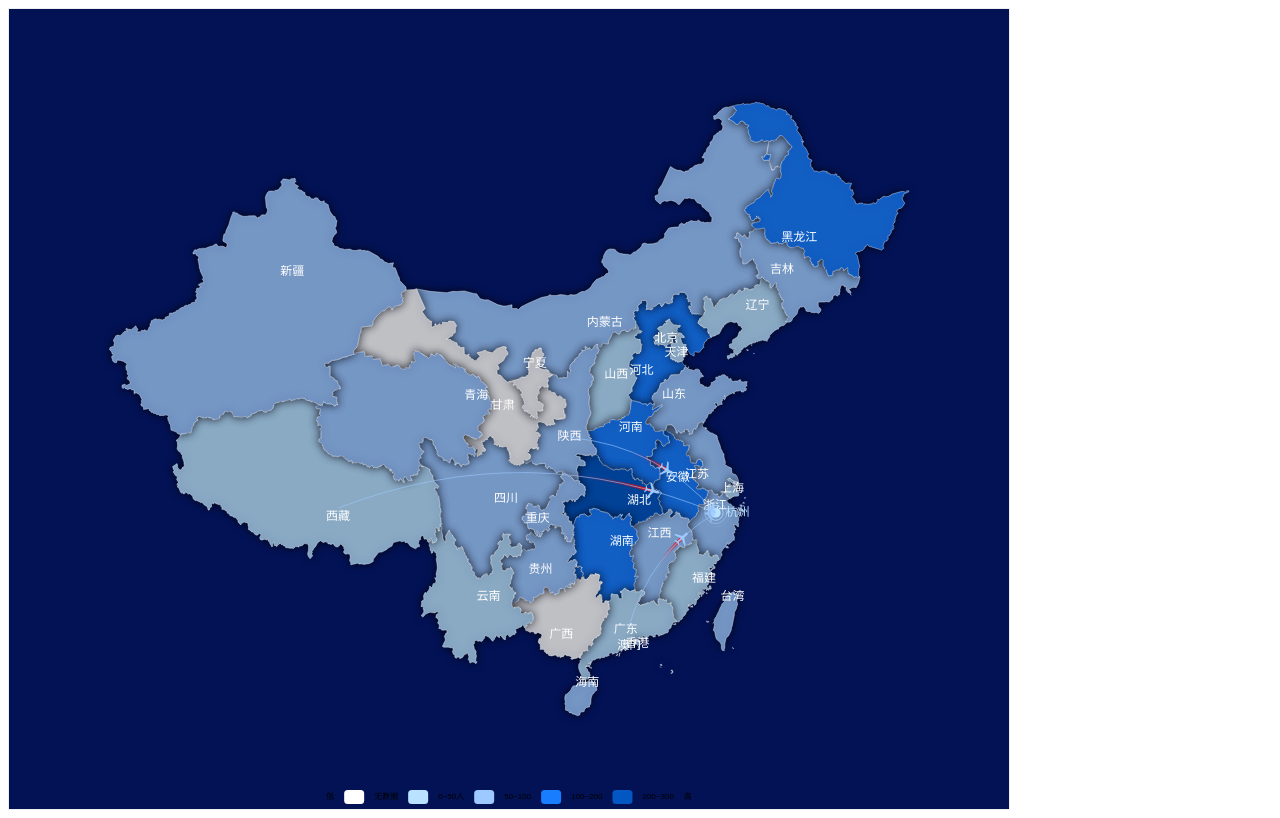
Repository: 572031690/echartssimple
Page: 21.地图常见效果_地图和散点图结合.html
The author's editor kept a copy of each file at every save. The page is drawn from the files as they stood at one save, then again after the next save.
The browser window is 1280 px wide. The pictures show the whole page.

Above is the page before, as saved 2021-08-11 15:18:02.

After the next save:
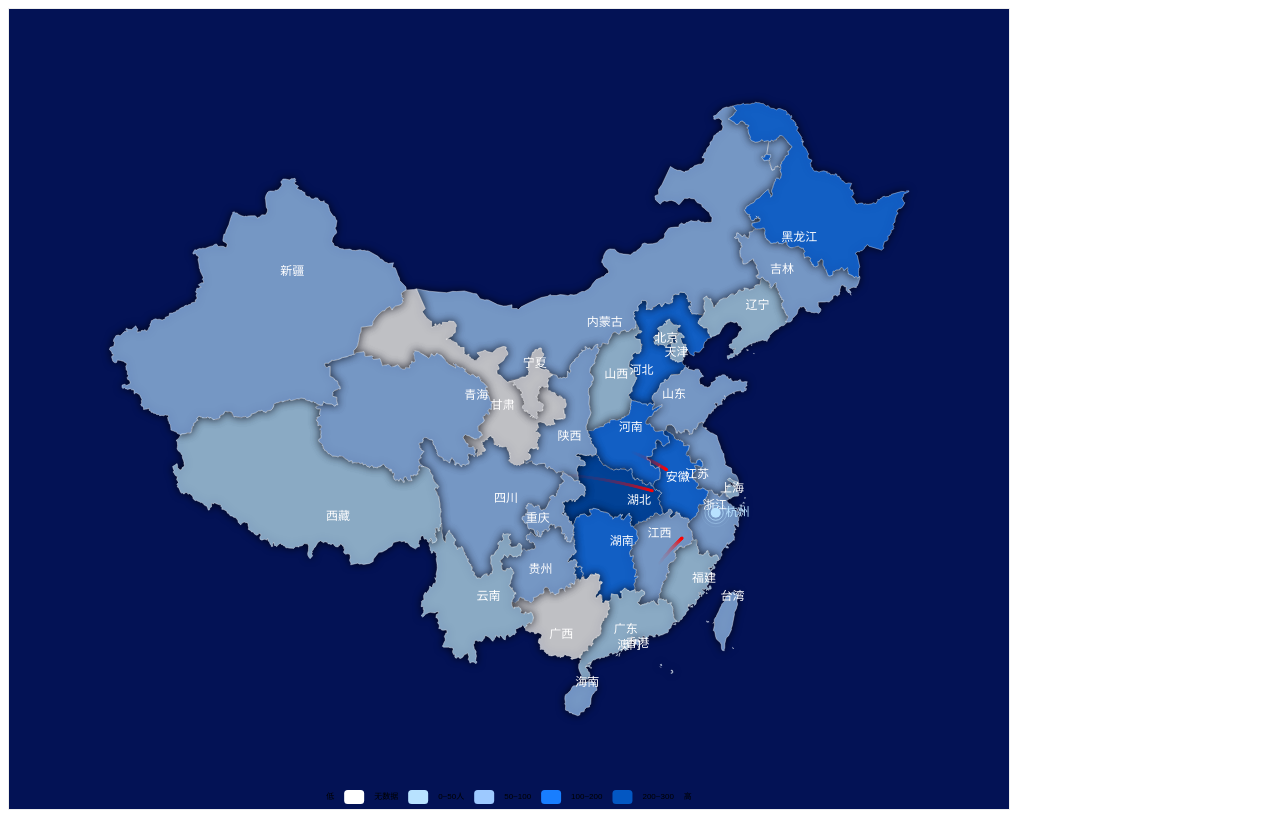
Saved 18 s later.
--- a/21.地图常见效果_地图和散点图结合.html
+++ b/21.地图常见效果_地图和散点图结合.html
@@ -139,32 +139,32 @@
                         {coords:[[109.1162, 34.2004],[120.213042, 29.86119]],fromName:"拉萨",toName:"杭州",value:100}
                       ]
                     },
-                    {
-                        name: " 杭州 Top3",
-                        type: "lines",
-                        zlevel: 2,
-                        symbol: ["none", "arrow"],
-                        symbolSize: 10,
-                        effect: {
-                            show: true,
-                            period: 6,
-                            trailLength: 0,
-                            symbol: planePath,
-                            symbolSize: 15
-                        },
-                        lineStyle: {
-                            normal: {
-                                color: '#a6c84c',
-                                width: 1,
-                                opacity: 0.6,
-                                curveness: 0.2
-                            }
-                        },
-                        data: [{coords:[[91.1865, 30.1465],[120.213042, 29.86119]],fromName:"拉萨",toName:"杭州",value:100},
-                        {coords:[[113.5107, 23.2196],[120.213042, 29.86119]],fromName:"广州",toName:"杭州",value:100},
-                        {coords:[[109.1162, 34.2004],[120.213042, 29.86119]],fromName:"拉萨",toName:"杭州",value:100}
-                      ]
-                    },
+                    // {
+                    //     name: " 杭州 Top3",
+                    //     type: "lines",
+                    //     zlevel: 2,
+                    //     symbol: ["none", "arrow"],
+                    //     symbolSize: 10,
+                    //     effect: {
+                    //         show: true,
+                    //         period: 6,
+                    //         trailLength: 0,
+                    //         symbol: planePath,
+                    //         symbolSize: 15
+                    //     },
+                    //     lineStyle: {
+                    //         normal: {
+                    //             color: '#a6c84c',
+                    //             width: 1,
+                    //             opacity: 0.6,
+                    //             curveness: 0.2
+                    //         }
+                    //     },
+                    //     data: [{coords:[[91.1865, 30.1465],[120.213042, 29.86119]],fromName:"拉萨",toName:"杭州",value:100},
+                    //     {coords:[[113.5107, 23.2196],[120.213042, 29.86119]],fromName:"广州",toName:"杭州",value:100},
+                    //     {coords:[[109.1162, 34.2004],[120.213042, 29.86119]],fromName:"拉萨",toName:"杭州",value:100}
+                    //   ]
+                    // },
                     // {
                     //     name: " 杭州 Top3",
                     //     type: "effectScatter",

After the save that followed:
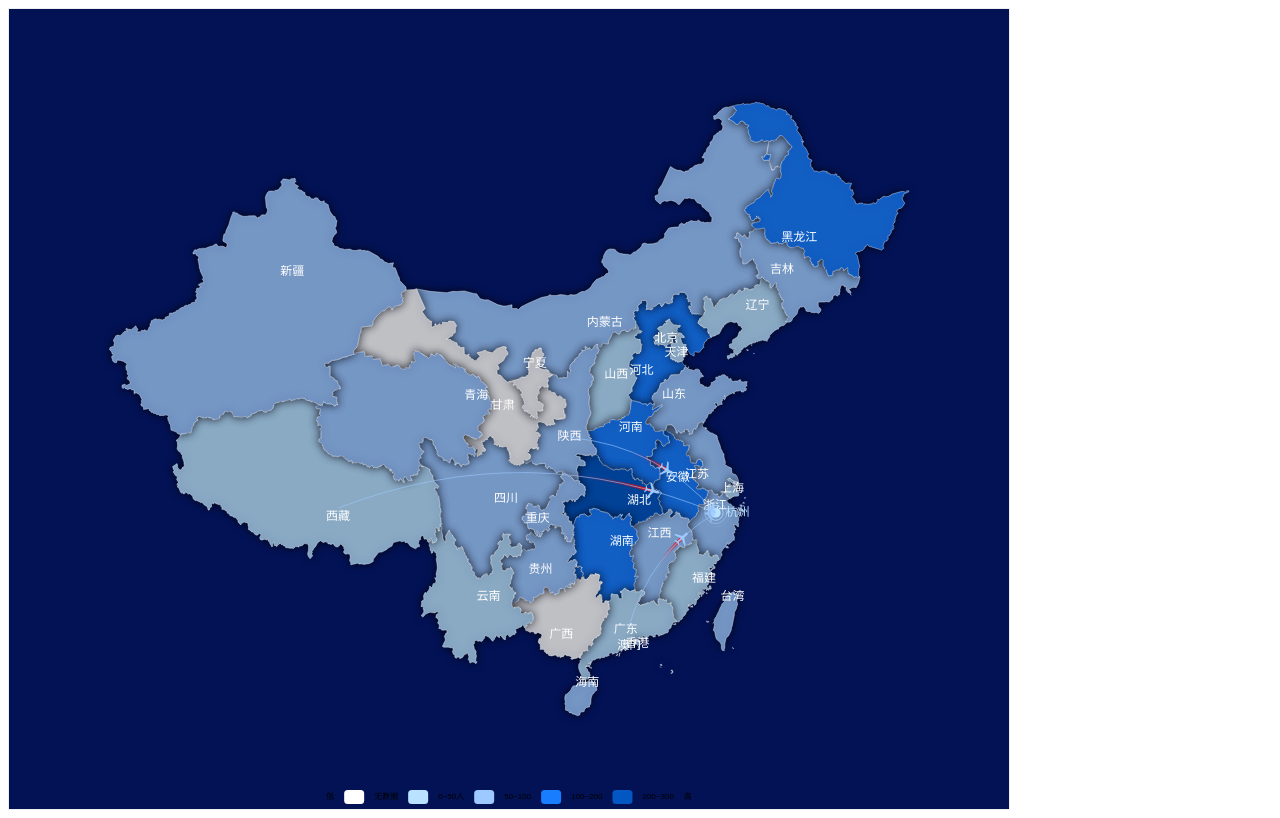
Saved 12 s later.
--- a/21.地图常见效果_地图和散点图结合.html
+++ b/21.地图常见效果_地图和散点图结合.html
@@ -139,32 +139,32 @@
                         {coords:[[109.1162, 34.2004],[120.213042, 29.86119]],fromName:"拉萨",toName:"杭州",value:100}
                       ]
                     },
-                    // {
-                    //     name: " 杭州 Top3",
-                    //     type: "lines",
-                    //     zlevel: 2,
-                    //     symbol: ["none", "arrow"],
-                    //     symbolSize: 10,
-                    //     effect: {
-                    //         show: true,
-                    //         period: 6,
-                    //         trailLength: 0,
-                    //         symbol: planePath,
-                    //         symbolSize: 15
-                    //     },
-                    //     lineStyle: {
-                    //         normal: {
-                    //             color: '#a6c84c',
-                    //             width: 1,
-                    //             opacity: 0.6,
-                    //             curveness: 0.2
-                    //         }
-                    //     },
-                    //     data: [{coords:[[91.1865, 30.1465],[120.213042, 29.86119]],fromName:"拉萨",toName:"杭州",value:100},
-                    //     {coords:[[113.5107, 23.2196],[120.213042, 29.86119]],fromName:"广州",toName:"杭州",value:100},
-                    //     {coords:[[109.1162, 34.2004],[120.213042, 29.86119]],fromName:"拉萨",toName:"杭州",value:100}
-                    //   ]
-                    // },
+                    {
+                        name: " 杭州 Top3",
+                        type: "lines",
+                        zlevel: 2,
+                        symbol: ["none", "arrow"],
+                        symbolSize: 10,
+                        effect: {
+                            show: true,
+                            period: 6,
+                            trailLength: 0,
+                            symbol: planePath,
+                            symbolSize: 15
+                        },
+                        lineStyle: {
+                            normal: {
+                                color: '#a6c84c',
+                                width: 1,
+                                opacity: 0.6,
+                                curveness: 0.2
+                            }
+                        },
+                        data: [{coords:[[91.1865, 30.1465],[120.213042, 29.86119]],fromName:"拉萨",toName:"杭州",value:100},
+                        {coords:[[113.5107, 23.2196],[120.213042, 29.86119]],fromName:"广州",toName:"杭州",value:100},
+                        {coords:[[109.1162, 34.2004],[120.213042, 29.86119]],fromName:"拉萨",toName:"杭州",value:100}
+                      ]
+                    },
                     // {
                     //     name: " 杭州 Top3",
                     //     type: "effectScatter",
